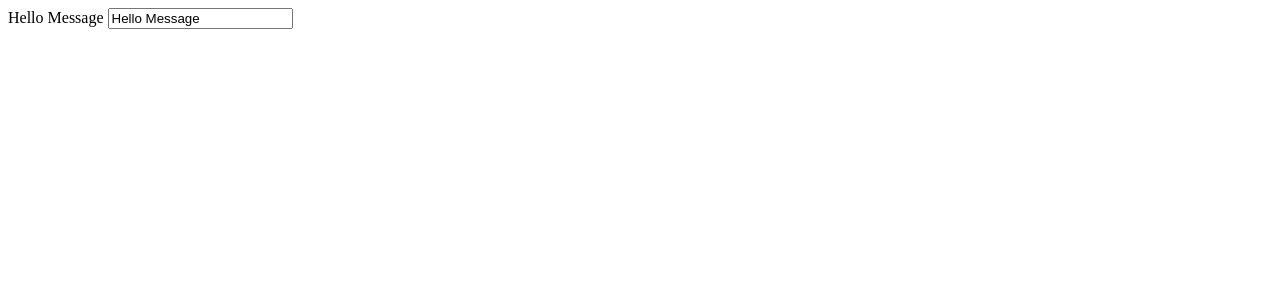
Repository: saikrishnavoruganti/workspace
Page: Angul/WebContent/Angula.html
The author's editor kept a copy of each file at every save. The page is drawn from the files as they stood at one save, then again after the next save.
The browser window is 1280 px wide. The pictures show the whole page.

Above is the page before, as saved 2017-04-26 15:34:31.

After the next save:
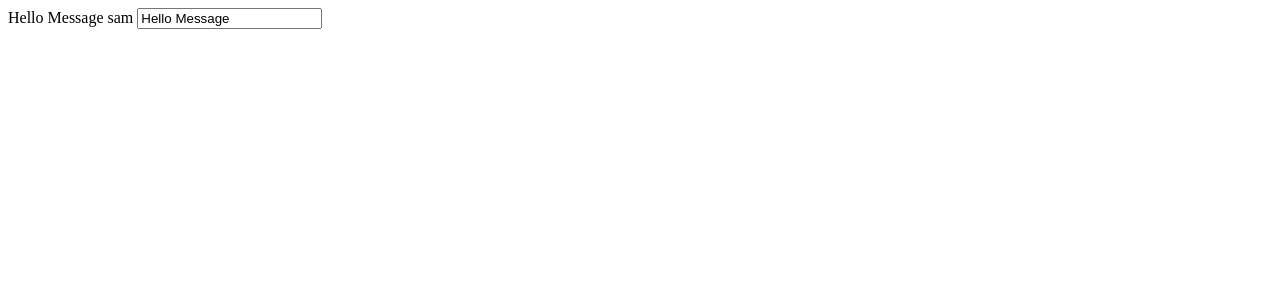
Saved 26 s later.
--- a/Angul/WebContent/Angula.html
+++ b/Angul/WebContent/Angula.html
@@ -9,7 +9,7 @@
 <body>
 <div ng-app="myApp" ng-controller="HelloCntr">
 {{hellomsg}}
-{{Employee.name}}
+{{Employee.Name}}
 <input id="Text1" ng-model="hellomsg" type="text"/>
 </div>
 </body>
